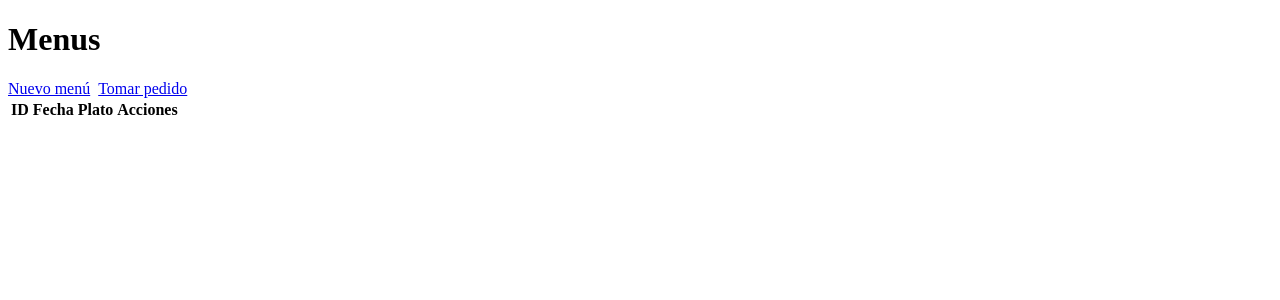
Repository: luisfelipeguevaraa/pedido-comida
Page: /
These files come from the project's save history. The page is drawn as it stood at one moment and after the next save; the edit follows.
The browser window is 1280 px wide. The pictures show the whole page.
The page's requests for data from a server got no answer. The project was rebuilt for these pictures with package versions that can differ from the ones it lists, and the page was loaded fresh each time. The framework's server and built-in components were replaced by stand-ins that run in the browser. No one was signed in, and anything a server would have sent is missing.

Above is the page before, as saved 2026-06-10 17:14:00.

After the next save:
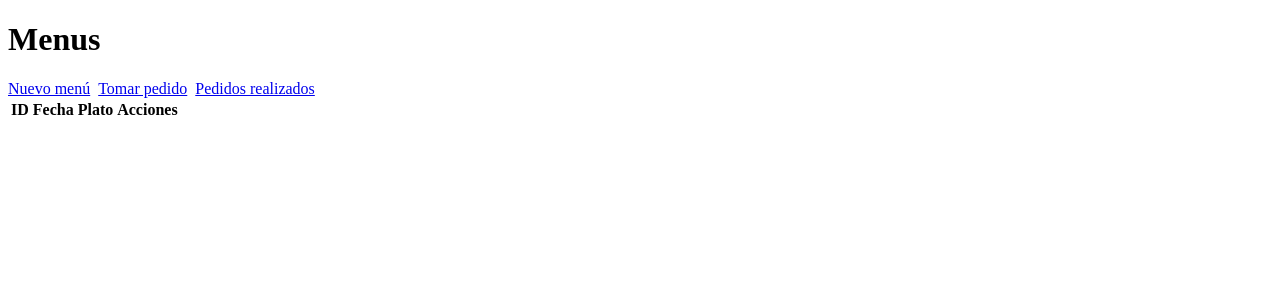
Saved 5 min 50 s later.
--- a/pages/index.tsx
+++ b/pages/index.tsx
@@ -37,6 +37,7 @@ export default function Home() {
       <div style={{ display: 'flex', gap: 8, flexWrap: 'wrap' }}>
         <Link href="/menus/new" className="btn">Nuevo menú</Link>
         <Link href="/orders/new" className="btn">Tomar pedido</Link>
+        <Link href="/orders" className="btn">Pedidos realizados</Link>
       </div>
       <table>
         <thead>
